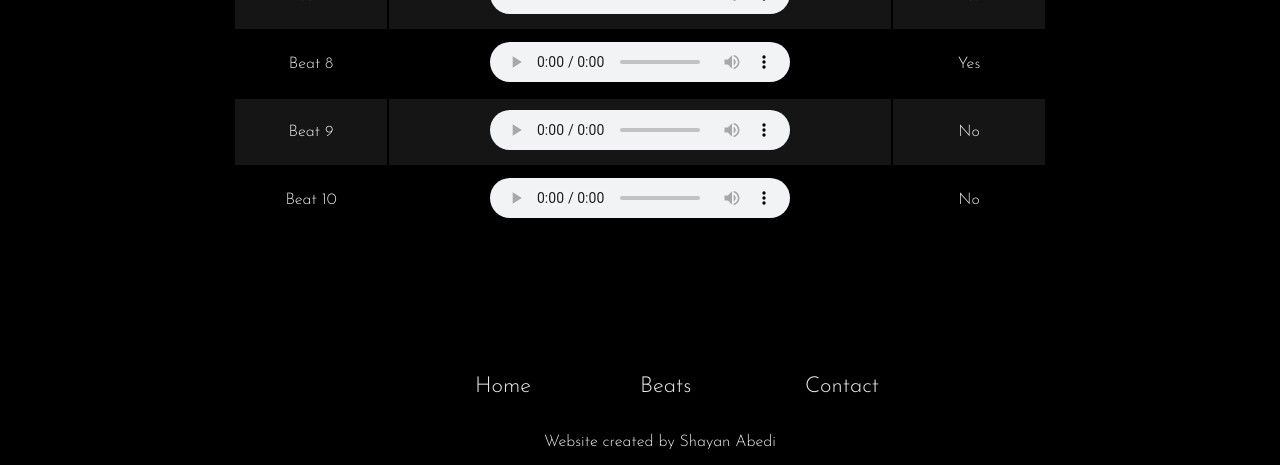
Repository: shayanabedi98/Greenthumb
Page: beats.html
These files come from the project's save history. The page is drawn as it stood at one moment and after the next save; the edit follows.
The browser window is 1280 px wide. The pictures show the part of the page from y = 830 to 1295 px (the page is 1295 px tall before and 1191 px after).

Above is the page before, as saved 2023-08-17 17:42:57.

### beats.html
<!DOCTYPE html>
<html lang="en">
<head>
    <meta charset="UTF-8">
    <meta name="viewport" content="width=device-width, initial-scale=1.0">
    <title>Beats</title>
    <link rel="stylesheet" href="styles.css">
    <link href="https://fonts.googleapis.com/css2?family=Josefin+Sans:wght@300&display=swap" rel="stylesheet">
</head>
<body>
    <div class="header">
        <header>
            <nav>
                <a href="index.html"><img src="resources/logo.png" alt="Greenthumb Logo"></a>
                <ul>
                    <li><a href="index.html">Home</a></li>
                    <li><a href="beats.html">Beats</a></li>
                    <li><a href="contact.html">Contact</a></li>
                </ul>
            </nav>
        </header>
    </div>
    <div class="container">
        <div class="beats">
            <video autoplay muted loop src="resources/video-2.mp4"></video>
            <h1>Beats</h1>
            <h2>To purchase/lease a beat, or to make a custom request, contact Greenthumb for more information.</h2>
            <h3>Not all the samples in the options have been passed, so use at your own risk. More snippets coming soon.</h3>
            <table align="center">
                <tr>
                    <th>Name</th>
                    <th>Snippet</th>
                    <th>Availability</th>
                </tr>
                <tr bgcolor="15, 15, 15">
                    <td width="150">Beat 1</td>
                    <td width="500"><audio controlsList="nodownload" controls src="resources/audio/Beat 10.mp3"></audio></td>
                    <td width="150">No</td>
                </tr>
                <tr>
                    <td width="150">Beat 2</td>
                    <td width="500"><audio controlsList="nodownload" controls src="resources/audio/Beat 2.mp3"></audio></td>
                    <td width="150">Yes</td>
                </tr>
                <tr bgcolor="15, 15, 15">
                    <td width="150">Beat 3</td>
                    <td width="500"><audio controlsList="nodownload" controls src="resources/audio/Beat 3.mp3"></audio></td>
                    <td width="150">No</td>
                </tr>
                <tr>
                    <td width="150">Beat 4</td>
                    <td width="500"><audio controlsList="nodownload" controls src="resources/audio/Beat 4.mp3"></audio></td>
                    <td width="150">Yes</td>
                </tr>
                <tr bgcolor="15, 15, 15">
                    <td width="150">Beat 5</td>
                    <td width="500"><audio controlsList="nodownload" controls src="resources/audio/Beat 5.mp3"></audio></td>
                    <td width="150">Yes</td>
                </tr>
                <tr>
                    <td width="150">Beat 6</td>
                    <td width="500"><audio controlsList="nodownload" controls src="resources/audio/Beat 6.mp3"></audio></td>
                    <td width="150">No</td>
                </tr>
                <tr bgcolor="15, 15, 15">
                    <td width="150">Beat 7</td>
                    <td width="500"><audio controlsList="nodownload" controls src="resources/audio/Beat 7.mp3"></audio></td>
                    <td width="150">Yes</td>
                </tr>
                <tr>
                    <td width="150">Beat 8</td>
                    <td width="500"><audio controlsList="nodownload" controls src="resources/audio/Beat 8.mp3"></audio></td>
                    <td width="150">Yes</td>
                </tr>
                <tr bgcolor="15, 15, 15">
                    <td width="150">Beat 9</td>
                    <td width="500"><audio controlsList="nodownload" controls src="resources/audio/Beat 9.mp3"></audio></td>
                    <td width="150">No</td>
                </tr>
                <tr>
                    <td width="150">Beat 10</td>
                    <td width="500"><audio controlsList="nodownload" controls src="resources/audio/Beat 1.mp3"></audio></td>
                    <td width="150">No</td>
                </tr>
            </table>
        </div>
    </div>
    <footer>
        <nav>
            <ul>
                <li><a href="index.html">Home</a></li>
                <li><a href="beats.html">Beats</a></li>
                <li><a href="contact.html">Contact</a></li>
                <p>Website created by Shayan Abedi</p>
            </ul>
        </nav>
    </footer>
</body>
</html>

### styles.css
/* All pages */

body {
    margin: 0;
    padding: 0;
    background-color: black;
    color: rgb(233, 233, 233);
    font-family: 'Josefin Sans', sans-serif;
}
header {
    z-index: 1;
}

nav {
    height: 110px;
}

nav img {
    height: 100px;
    position: absolute;
    transform: translateY(-10px);
}

nav ul {
    list-style: none;
    text-align: right;
    transform: translate(-100px, 0px);
}

nav li {
    display: inline-block;
    text-align: center;
    margin: 0 20px;
}

nav a {
    text-decoration: none;
    width: 40px;
    display: block;
    padding: 20px;
    margin: 0 20px;
    font-size: 22px;
    color: rgb(233, 233, 233);
}

nav a:hover {
    color: rgb(150, 150, 150) !important;
    transition: 0.2s;
    text-decoration: underline;
}

nav a:visited {
    text-decoration: none;
    color: rgb(233, 233, 233);
}

footer {
}

footer nav ul {
    text-align: center;
    transform: translateY(0);
}

/* Home page */

.banner {
    text-align: center;
    width: 100%;
    height: 600px;
}

.banner video {
    object-fit: cover;
    object-position: 50% 100%;
    height: 600px;
    width: 100%;
    opacity: 80%;
}

.banner-content {
    transform: translateY(-410px);
    width: 70%;
    margin: auto;
}

.banner-content h1:hover{
    font-size: 50px;
    color: rgb(179, 179, 179);
    transition: 2s;
}

.banner-content h1:not(:hover) {
    transition: 1s;
}

.banner-content h1 {
    font-size: 46px;
    opacity: 90%;
}

.banner-content h2 {
    font-size: 30px;
    opacity: 90%;
}

.container {
    text-align: center;
    background-color: rgb(0, 0, 0);
    padding: 25px 0 60px 0;
    margin-bottom: 120px;
}

.card {
    text-align: center;
    display: inline-block;
    background-color: rgb(19, 19, 19);
    border-radius: 5px;
    width: 350px;
    padding-top: 15px;
    height: 380px;
    margin: 0 20px;
    border: 2px solid rgb(19, 19, 19);
    box-shadow: 0 0 3px 0 rgb(82, 82, 82);
}

.container h3 {
    font-size: 32px;
}

.card img {
    height: 300px;
    width: 300px;
}

.card:hover {
    border: 2px solid rgba(85, 85, 85, 0.5);
    background-color: black;
    transition: ease-in-out 0.6s;
}

.card:not(:hover) {
    transition: ease-in-out 0.3s;
}

.listen {
    text-align: center;
    background-color: rgb(22, 22, 22);
}

.listen h5 {
    font-size: 30px;
}

.listen-video {
    display: inline-block;
    width: 49%;
    height: 70%;
    vertical-align: top;
    margin: 50px auto;
}

.listen-video video {
    width: 40%;
    height: 100%;
    box-shadow: 0 0 10px 0 black;
}

.listen-video video:hover {
    box-shadow: 0 0 20px 0 rgb(59, 59, 59);
    border-radius: 50%;
    transition: 1s;
}

.listen-video video:not(:hover) {
    transition: 1s;
}

.listen-content {
    display: inline-block;
    width: 50%;
    text-align: center;
    vertical-align: top;
    margin: 50px auto;
}

.listen-content img {
    height: 100px;
    display: block;
}

.listen-content h5 {
    margin-top: 0;
}

.listen-content p {
    font-size: 26px;
    width: 80%;
    margin-left: 10%;
    line-height: 30px;
}

#spotify {
    height: 100px;
    display: inline-block;
    transform: translateY(16px);
}

#apple {
    height: 70px;
    display: inline-block;
}

.song-link {
    margin: 0 20px;
}

/* Beats page */

.container {
    text-align: center;
    padding: 0;
}

.beats {
    text-align: center;
    margin: 0;
    width: 100%;
}

.beats video {
    object-fit: cover;
    height: 100%;
    width: 100%;
    opacity: 40%;
    position: absolute;
    left: 0;
}

.beats h1 {
    margin-top: 0;
}

.beats h3 {
    margin-bottom: 80px;
}

.beats table {

}

audio {
    height: 40px;
    padding: 10px;
}
/* Contact page */

After the next save:
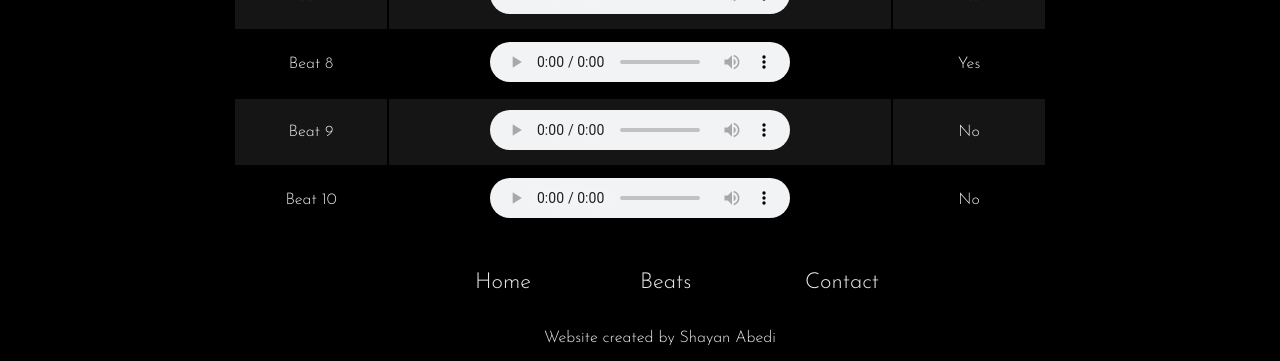
Saved 75 s later.
--- a/styles.css
+++ b/styles.css
@@ -108,7 +108,6 @@ footer nav ul {
     text-align: center;
     background-color: rgb(0, 0, 0);
     padding: 25px 0 60px 0;
-    margin-bottom: 120px;
 }
 
 .card {
